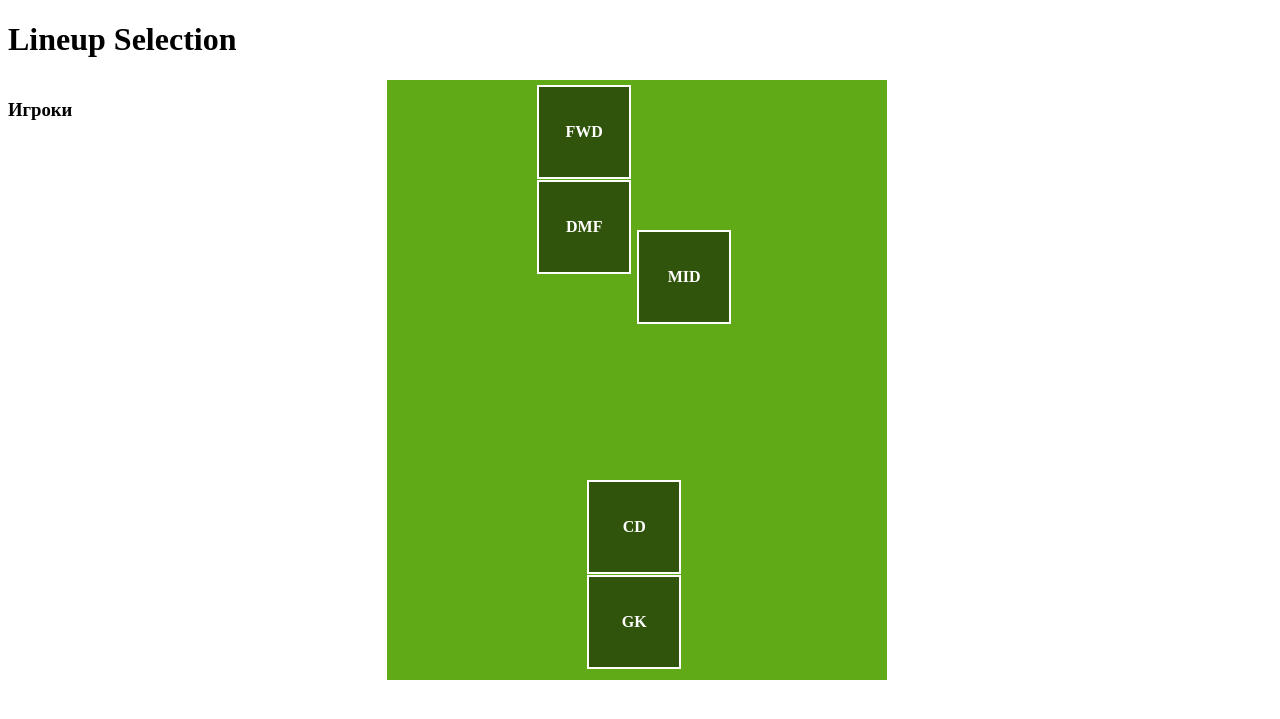
Repository: greatgreek73/soccergame
Page: http://localhost/lineup-selection/
These files come from the project's save history. The page is drawn as it stood at one moment and after the next save; the edit follows.
The browser window is 1280 px wide. The pictures show the whole page.
Some web libraries are served in a nearby version. The page is served by the project's application, run on Django 4.2 (manage.py). A made-up administrator, testuser (Test User, test@example.com), is signed in. Other server files are loaded and not shown. Queries for data that is not in the repository find no rows.

Above is the page before, as saved 2024-04-18 21:10:44.

### players/templates/lineup_selection.html
{% load static %}

<!DOCTYPE html>
<html>
<head>
    <title>Lineup Selection</title>
    <link rel="stylesheet" href="https://code.jquery.com/ui/1.12.1/themes/base/jquery-ui.css">
    <script src="https://code.jquery.com/jquery-3.6.0.min.js"></script>
    <script src="https://code.jquery.com/ui/1.12.1/jquery-ui.min.js"></script>
    <style>
        .content-wrapper {
            display: flex;
            justify-content: flex-start; /* Изменено для устранения лишнего пространства между элементами */
        }
        #player-list {
            width: 30%; /* Задайте ширину списка игроков */
            margin-right: 0px; /* Отступ уменьшен до 0 */
        }
        #field {
            background-color: #60A917;
            width: 500px;
            height: 600px;
            position: relative;
        }
        .position {
            width: 90px;
            height: 90px;
            border: 2px solid #fff;
            position: absolute;
            display: flex;
            align-items: center;
            justify-content: center;
            color: white;
            font-weight: bold;
            background-color: rgba(0, 0, 0, 0.5); /* Небольшая прозрачность */
        }
    </style>
    <script>
        var lineup = []; // Инициализация массива состава на уровне глобальной переменной

        function loadInitialLineup() {
            $.ajax({
                url: '/get-lineup/',
                type: 'GET',
                success: function(response) {
                    lineup = response.lineup;
                    lineup.forEach(function(player) {
                        var playerElement = $('[data-player-id="' + player.player_id + '"]');
                        var positionElement = $('.position[data-position="' + player.position + '"]');
                        var playerClone = playerElement.clone().addClass('positioned-player').removeAttr('style');
                        positionElement.empty().append(playerClone);
                        playerElement.remove();
                        updateDraggable();
                    });
                },
                error: function(xhr, status, error) {
                    console.error('Error loading the lineup: ' + error);
                }
            });
        }

        function updateDraggable() {
            $('.positioned-player').draggable({
                revert: 'invalid',
                cursor: 'move',
                helper: 'clone',
                zIndex: 100
            });
        }

        $(document).ready(function() {
            loadInitialLineup();
            $('.player').draggable({
                revert: 'invalid',
                cursor: 'move',
                helper: 'clone',
                zIndex: 100
            });

            $('.position').droppable({
                accept: function(draggable) {
                    return true; // Теперь любой игрок может быть перетащен в любой слот
                },
                drop: function(event, ui) {
                    console.log("Игрок помещен в слот");
                    var droppedPlayer = ui.draggable;
                    var droppedPlayerId = droppedPlayer.data('player-id');
                    var position = $(this).data('position');  // Получаем позицию слота

                    // Удаление предыдущего игрока из этого слота, если он занят
                    if ($(this).find('.player').length) {
                        var positionedPlayerId = $(this).find('.player').data('player-id');
                        lineup = lineup.filter(item => item.player_id !== positionedPlayerId); // Удаление из массива
                    }

                    // Добавление нового игрока в массив lineup
                    lineup.push({player_id: droppedPlayerId, position: position});

                    // Клонирование и обновление DOM
                    var playerClone = droppedPlayer.clone().removeAttr('style').removeClass('ui-draggable').addClass('positioned-player');
                    $(this).empty().append(playerClone);
                    playerClone.draggable({
                        revert: 'invalid',
                        cursor: 'move',
                        helper: 'clone',
                        zIndex: 100
                    });

                    droppedPlayer.remove();
                    saveLineupAutomatically();  // Сохранение состава
                }
            });

            $('#player-list ul').droppable({
                accept: '.positioned-player',
                drop: function(event, ui) {
                    var droppedPlayer = ui.draggable;
                    var playerId = droppedPlayer.data('player-id');
                    lineup = lineup.filter(item => item.player_id !== playerId); // Update lineup
                    droppedPlayer.remove();
                    $(this).append(droppedPlayer);
                    droppedPlayer.draggable({
                        revert: 'invalid',
                        cursor: 'move',
                        helper: 'clone',
                        zIndex: 100
                    });
                    saveLineupAutomatically();
                }
            });

            function saveLineupAutomatically() {
                // Нет необходимости очищать массив, так как он уже глобальный и обновляется в других функциях
                $.ajax({
                    url: '/lineup/save/',
                    type: 'POST',
                    data: JSON.stringify({lineup: lineup}),
                    contentType: 'application/json',
                    success: function(response) {
                        console.log('Состав успешно сохранен автоматически');
                    },
                    error: function(xhr, status, error) {
                        console.error('Ошибка при автоматическом сохранении состава: ' + error);
                    }
                });
            }

            {% for position, player_id in selected_players.items %}
                var player = $('.player[data-player-id="{{ player_id }}"]');
                var playerClone = player.clone().removeAttr('style').removeClass('ui-draggable').addClass('positioned-player');
                playerClone.uniqueId();
                $('.position[data-position="{{ position }}"]').empty().append(playerClone);
                player.remove();

                playerClone.draggable({
                    revert: 'invalid',
                    cursor: 'move',
                    helper: 'clone',
                    zIndex: 100
                });
            {% endfor %}
        });
    </script>
</head>
<body>
    <h1>Lineup Selection</h1>
    <div class="content-wrapper"> <!-- Добавлен новый контейнер -->
        <div id="player-list">
            <h3>Игроки</h3>
            <ul>
                {% for player in players %}
                    <li class="player" data-player-id="{{ player.id }}" data-player-position="{{ player.position }}">
                        {{ player.last_name }} ({{ player.position }})
                    </li>
                {% endfor %}
            </ul>
        </div>

        <div id="field">
            <div class="position" data-position="GK" style="top: 495px; left: 200px;">GK</div>
            <div class="position" data-position="DEF" style="top: 400px; left: 200px;">CD</div>
            <div class="position" data-position="MID" style="top: 150px; left: 250px;">MID</div>
            <div class="position" data-position="FWD" style="top: 5px; left: 150px;">FWD</div>
            <div class="position" data-position="DMF" style="top: 100px; left: 150px;">DMF</div>

        </div>
    </div>
</body>
</html>

### players/views.py
import scipy.stats as stats
from django.http import HttpResponseRedirect, JsonResponse
from django.shortcuts import render, redirect, get_object_or_404
from .models import Player, Club, Lineup, LineupPlayer
from faker import Faker
from django.contrib import messages
from .forms import UserRegisterForm, CreateClubForm, GeneratePlayerForm
from django.contrib.auth import authenticate, login
from django.contrib.auth.decorators import login_required
from match_engine.engine import simulate_match
from utils.player_stats_generator import PlayerStatsGenerator
from utils.config import TOTAL_POINTS, MAIN_STATS_RATIO, KEY_STAT_MULTIPLIERS, MAX_STAT_VALUE
import json
from django.views.decorators.csrf import csrf_exempt
import logging

# Настройка логгера
logger = logging.getLogger('newsoccergame')

fake = Faker()

STATS = [
    'strength', 'stamina', 'pace', 'marking', 'tackling', 'work_rate',
    'positioning', 'passing', 'crossing', 'dribbling', 'ball_control',
    'heading', 'finishing', 'long_range', 'vision', 'handling', 'reflexes',
    'aerial', 'jumping', 'command', 'throwing', 'kicking'
]

def index(request):
    return render(request, 'index.html')

def generate_player(request):
    if request.method == 'POST':
        form = GeneratePlayerForm(request.POST)
        if form.is_valid():
            position = form.cleaned_data['position']
            Player.objects.create(
                first_name=fake.first_name_male(),
                last_name=fake.last_name_male(),
                age=17,
                position=position
            )
            return HttpResponseRedirect('/generate/')
    else:
        form = GeneratePlayerForm()
    return render(request, 'generate_player.html', {'form': form})

def register(request):
    if request.method == 'POST':
        form = UserRegisterForm(request.POST)
        if form.is_valid():
            form.save()
            username = form.cleaned_data.get('username')
            messages.success(request, f'Your account has been created! You are now able to log in')
            return redirect('login')
    else:
        form = UserRegisterForm()
    return render(request, 'register.html', {'form': form})

def user_login(request):
    if request.method == 'POST':
        username = request.POST['username']
        password = request.POST['password']
        user = authenticate(request, username=username, password=password)
        if user is not None:
            login(request, user)
            try:
                club = Club.objects.get(user=user)
                return redirect('club_detail', club_id=club.id)
            except Club.DoesNotExist:
                return redirect('create_club')
        else:
            return render(request, 'login.html', {'error': 'Invalid credentials'})
    return render(request, 'login.html')

@login_required
def home(request):
    try:
        club = Club.objects.get(user=request.user)
        return redirect('club_detail', club_id=club.id)
    except Club.DoesNotExist:
        return redirect('create_club')

def club_detail(request, club_id):
    club = get_object_or_404(Club, id=club_id)
    context = {
        'club': club,
        'form': GeneratePlayerForm()
    }
    return render(request, 'club_detail.html', context)

def create_club(request):
    if request.method == 'POST':
        form = CreateClubForm(request.POST)
        if form.is_valid():
            existing_club = Club.objects.filter(user=request.user).first()
            if existing_club:
                return redirect('club_detail', club_id=existing_club.id)

            new_club = Club.objects.create(
                user=request.user,
                name=form.cleaned_data['name'],
                country=form.cleaned_data['country']
            )
            return redirect('club_detail', club_id=new_club.id)
    else:
        form = CreateClubForm()
    return render(request, 'create_club.html', {'form': form})

def generate_player_for_club(request, club_id):
    try:
        club = Club.objects.get(id=club_id)
    except Club.DoesNotExist:
        return redirect('home')

    if club.user != request.user:
        return redirect('home')

    if request.method == 'POST':
        form = GeneratePlayerForm(request.POST)
        if form.is_valid():
            position = form.cleaned_data['position']
            player_class = int(form.cleaned_data['player_class'])

            config = {
                'stats': STATS,
                'total_points': TOTAL_POINTS,
                'main_stats_ratio': MAIN_STATS_RATIO,
                'key_stat_multipliers': KEY_STAT_MULTIPLIERS,
                'max_stat_value': MAX_STAT_VALUE
            }
            generator = PlayerStatsGenerator(config)
            player_stats = generator.generate_stats(position, player_class)

            country_to_locale = {
                'USA': 'en_US',
                'Russia': 'ru_RU',
                'China': 'zh_CN',
                'Belgium': 'nl_BE',
                'New Zealand': 'en_NZ',
                'Austria': 'de_AT',
                'Brazil': 'pt_BR',
                'Greece': 'el_GR',
                'Argentina': 'es_AR',
                'Italy': 'it_IT',
                'Germany': 'de_DE',
            }

            print(f"Club country: {club.country}")
            locale = country_to_locale.get(club.country, 'en_US')
            print(f"Using locale: {locale}")

            fake = Faker(locale)

            while True:
                first_name = fake.first_name_male()
                last_name = fake.last_name_male()

                if not Player.objects.filter(first_name=first_name, last_name=last_name).exists():
                    break

            player = Player.objects.create(
                first_name=first_name,
                last_name=last_name,
                age=17,
                club=club,
                nationality=club.country,
                position=position,
                player_class=player_class,
                **player_stats
            )

            return redirect('club_detail', club_id=club.id)
    else:
        form = GeneratePlayerForm()

    context = {'form': form}
    return render(request, 'generate_player.html', context)

def player_detail(request, player_id):
    player = get_object_or_404(Player, id=player_id)
    context = {
        'player': player
    }
    return render(request, 'player_detail.html', context)

def start_match(request, club_id):
    club1 = get_object_or_404(Club, id=club_id)
    opponent_club_id = request.GET.get('opponent_club_id')
    if opponent_club_id:
        try:
            club2 = get_object_or_404(Club, id=opponent_club_id)
        except Club.DoesNotExist:
            return render(request, 'error.html', {'error': 'Invalid opponent club'})

        lineup1 = Lineup.objects.filter(user=club1.user).last()
        lineup2 = Lineup.objects.filter(user=club2.user).last()

        if lineup1:
            players1 = [lp.player for lp in LineupPlayer.objects.filter(lineup=lineup1)]
        else:
            players1 = Player.objects.filter(club=club1)

        if lineup2:
            players2 = [lp.player for lp in LineupPlayer.objects.filter(lineup=lineup2)]
        else:
            players2 = Player.objects.filter(club=club2)

        winner, loser = simulate_match(players1, players2, club1, club2)

        winner_players = winner.players
        loser_players = loser.players

        context = {
            'club1': club1,
            'club2': club2,
            'winner_club': winner.club,
            'loser_club': loser.club,
            'winner_players': winner_players,
            'loser_players': loser_players,
        }

        return render(request, 'match.html', context)
    else:
        other_clubs = Club.objects.exclude(id=club_id)
        context = {
            'club': club1,
            'other_clubs': other_clubs,
        }
        return render(request, 'select_opponent.html', context)

def update_stadium(request, pk):
    club = get_object_or_404(Club, pk=pk)
    if request.method == 'POST':
        data = json.loads(request.body)
        club.stadium_name = data['stadium_name']
        club.save()
        return JsonResponse({'status': 'ok'})

def increase_capacity(request, pk):
    club = get_object_or_404(Club, pk=pk)
    if request.method == 'POST':
        club.stadium_capacity += 1000
        club.save()
        return JsonResponse({'stadium_capacity': club.stadium_capacity})

@login_required
def lineup_selection(request):
    players = Player.objects.filter(club__user=request.user)
    lineup = Lineup.objects.filter(user=request.user).last()
    if lineup:
        lineup_players = LineupPlayer.objects.filter(lineup=lineup)
        selected_players = {lp.position: lp.player.id for lp in lineup_players}
    else:
        selected_players = {}
    return render(request, 'lineup_selection.html', {'players': players, 'selected_players': selected_players})

@login_required
@csrf_exempt
def save_lineup(request):
    logger.debug("save_lineup called")  # Логирование вызова функции
    if request.method == 'POST':
        try:
            data = json.loads(request.body)
            logger.debug(f"Received lineup data: {data}")  # Логирование полученных данных

            lineup_data = data.get('lineup', [])
            user = request.user
            lineup = Lineup.objects.filter(user=user).last()

            if not lineup:
                lineup = Lineup.objects.create(user=user)

            # Удалить всех текущих игроков из лайнапа перед добавлением новых
            LineupPlayer.objects.filter(lineup=lineup).delete()

            # Добавить игроков из полученных данных
            for item in lineup_data:
                player_id = item.get('player_id')
                position = item.get('position')
                player = Player.objects.get(id=player_id)
                LineupPlayer.objects.create(lineup=lineup, player=player, position=position)

            logger.debug("Lineup saved successfully")  # Логирование успешного сохранения
            return JsonResponse({'status': 'success', 'message': 'Состав успешно сохранен'})
        except Exception as e:
            logger.error(f"Error saving lineup: {e}", exc_info=True)  # Логирование ошибок
            return JsonResponse({'error': 'Internal server error'}, status=500)
    else:
        logger.warning("Incorrect request method")  # Логирование некорректного метода запроса
        return JsonResponse({'status': 'error', 'message': 'Неверный метод запроса'}, status=400)

def get_lineup(request):
    lineup = LineupPlayer.objects.filter(lineup__user=request.user)  # Убедитесь, что данные фильтруются по текущему пользователю
    data = [{'player_id': player.player.id, 'position': player.position} for player in lineup]
    return JsonResponse({'lineup': data})

### newsoccergame/urls.py
from django.contrib import admin
from django.urls import path, include
from players import views as player_views
from django.contrib.auth import views as auth_views
from django.contrib.auth.views import LogoutView
from players.views import index


urlpatterns = [
    path('', index, name='index'),
    path('admin/', admin.site.urls),
    path('', include('players.urls')),
    path('generate/', player_views.generate_player, name='generate_player'),
    path('register/', player_views.register, name='register'),
    path('login/', auth_views.LoginView.as_view(template_name='login.html'), name='login'),
    path('logout/', LogoutView.as_view(next_page='index'), name='logout'),
    path('', player_views.home, name='home'),

]

### players/urls.py
from django.urls import path
from . import views
from players.views import index
from .views import lineup_selection

urlpatterns = [
    # ... другие маршруты ...
    path('generate/', views.generate_player, name='generate_player'),
    path('register/', views.register, name='register'),
    path('login/', views.user_login, name='login'),
    path('', views.home, name='home'),
    path('club/<int:club_id>/', views.club_detail, name='club_detail'),
    path('create_club/', views.create_club, name='create_club'),
    path('club/<int:club_id>/generate_player/', views.generate_player_for_club, name='generate_player_for_club'),
    path('player/<int:player_id>/', views.player_detail, name='player_detail'),
    path('', index, name='index'),
    path('match/<int:club1_id>/<int:club2_id>/', views.start_match, name='start_match'),
    path('match/<int:club_id>/', views.start_match, name='start_match'),
    path('clubs/<int:pk>/update_stadium/', views.update_stadium, name='update_stadium'),
    path('clubs/<int:pk>/increase_capacity/', views.increase_capacity, name='increase_capacity'),
    path('lineup-selection/', views.lineup_selection, name='lineup_selection'),
    path('lineup/save/', views.save_lineup, name='save_lineup'),
    path('get-lineup/', views.get_lineup, name='get_lineup'),
]

After the next save:
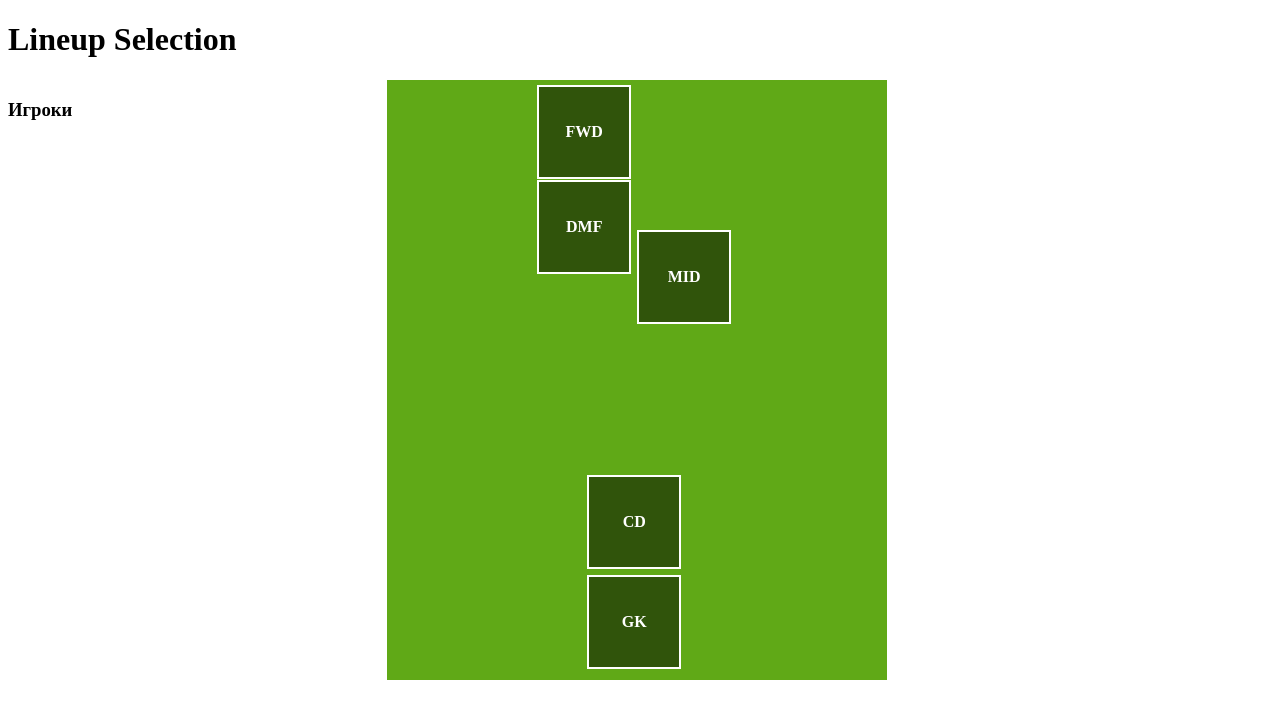
Saved 17 s later.
--- a/players/templates/lineup_selection.html
+++ b/players/templates/lineup_selection.html
@@ -178,7 +178,7 @@
 
         <div id="field">
             <div class="position" data-position="GK" style="top: 495px; left: 200px;">GK</div>
-            <div class="position" data-position="DEF" style="top: 400px; left: 200px;">CD</div>
+            <div class="position" data-position="DEF" style="top: 395px; left: 200px;">CD</div>
             <div class="position" data-position="MID" style="top: 150px; left: 250px;">MID</div>
             <div class="position" data-position="FWD" style="top: 5px; left: 150px;">FWD</div>
             <div class="position" data-position="DMF" style="top: 100px; left: 150px;">DMF</div>
